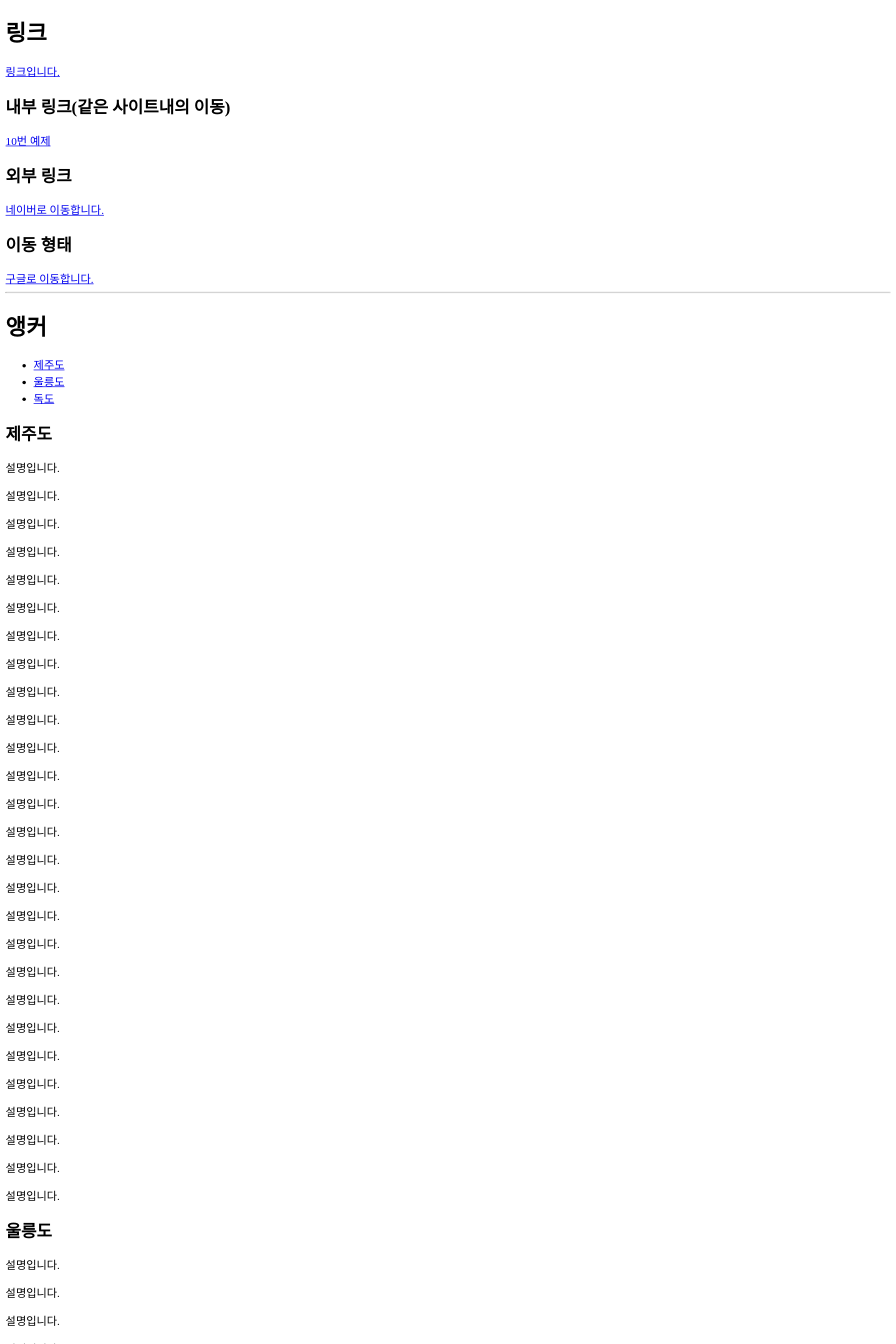
Repository: heoSuKyeong/client_Ssanyong
Page: ClientTest/src/main/webapp/html/ex11_link.html
These files come from the project's save history. The page is drawn as it stood at one moment and after the next save; the edit follows.
The browser window is 1280 px wide. The pictures show the part of the page from y = 0 to 1920 px (the page is 4055 px tall before and 3912 px after), at 70% of full size.

Above is the page before, as saved 2023-09-20 06:18:13.

### ClientTest/src/main/webapp/html/ex11_link.html
<!DOCTYPE html>
<html>
<head>
<meta charset="UTF-8">
<title>Insert title here</title>
</head>
<body>

	<h1>링크</h1>

	<a href="ex10_list.html">링크입니다.</a>

	<h2>내부 링크(같은 사이트내의 이동)</h2>
	<a href="ex10_list.html">10번 예제</a>

	<h2>외부 링크</h2>
	<a href="https://naver.com">네이버로 이동합니다.</a>

	<h2>이동 형태</h2>
<!-- 	새창에서 열기 -->
	<a href="https://google.com" target="_blank">구글로 이동합니다.</a>
<!--
주의
url에 https:// 또는 http://가 포함되어 있어야 한다.


 -->


 	<hr>

 	<h1><a name="#title">앵커</a></h1>

 	<ul>

 		<li><a href="#a1">제주도</a></li>
 		<li><a href="#a2">울릉도</a></li>
 		<li><a href="#a3">독도</a></li>

 	</ul>

 	<h2><a name="a1">제주도</a></h2>
	<p>설명입니다.</p><p>설명입니다.</p><p>설명입니다.</p><p>설명입니다.</p><p>설명입니다.</p><p>설명입니다.</p><p>설명입니다.</p><p>설명입니다.</p><p>설명입니다.</p>
	<p>설명입니다.</p><p>설명입니다.</p><p>설명입니다.</p><p>설명입니다.</p><p>설명입니다.</p><p>설명입니다.</p><p>설명입니다.</p><p>설명입니다.</p><p>설명입니다.</p>
	<p>설명입니다.</p><p>설명입니다.</p><p>설명입니다.</p><p>설명입니다.</p><p>설명입니다.</p><p>설명입니다.</p><p>설명입니다.</p><p>설명입니다.</p><p>설명입니다.</p>


 	<h2><a name="a2">울릉도</a></h2>
	<p>설명입니다.</p><p>설명입니다.</p><p>설명입니다.</p><p>설명입니다.</p><p>설명입니다.</p><p>설명입니다.</p><p>설명입니다.</p><p>설명입니다.</p><p>설명입니다.</p>
	<p>설명입니다.</p><p>설명입니다.</p><p>설명입니다.</p><p>설명입니다.</p><p>설명입니다.</p><p>설명입니다.</p><p>설명입니다.</p><p>설명입니다.</p><p>설명입니다.</p>
	<p>설명입니다.</p><p>설명입니다.</p><p>설명입니다.</p><p>설명입니다.</p><p>설명입니다.</p><p>설명입니다.</p><p>설명입니다.</p><p>설명입니다.</p><p>설명입니다.</p>


 	<h2><a name="a3">독도</a></h2>
	<p>설명입니다.</p><p>설명입니다.</p><p>설명입니다.</p><p>설명입니다.</p><p>설명입니다.</p><p>설명입니다.</p><p>설명입니다.</p><p>설명입니다.</p><p>설명입니다.</p>
	<p>설명입니다.</p><p>설명입니다.</p><p>설명입니다.</p><p>설명입니다.</p><p>설명입니다.</p><p>설명입니다.</p><p>설명입니다.</p><p>설명입니다.</p><p>설명입니다.</p>
	<p>설명입니다.</p><p>설명입니다.</p><p>설명입니다.</p><p>설명입니다.</p><p>설명입니다.</p><p>설명입니다.</p><p>설명입니다.</p><p>설명입니다.</p><p>설명입니다.</p>

	<hr>

	<a href="#title">맨위로</a>

</body>
</html>

<!--

링크, Link
<a>, anchor(닻), link
href가 있으면 링크라고 부른다.

링크 속성
a.href : 클릭하면 이동할 URL . reference a hyperlink
a.target : 열거형. _self|_blank|_parent|_top|프레임명

_self
내부 링크용으로 사용한다.
현재 창에서 페이지가 이동된다.

_blank
외부 링크용으로 사용한다.
새 창에서 페이지가 열린다.


앵커
문서내 이동시에 사용한다.
스크롤 이동이 된다.
href가 없으면 앵커라고 부른다.
다른 링크와 구분하기 위해 #를 붙인다
 -->

After the next save:
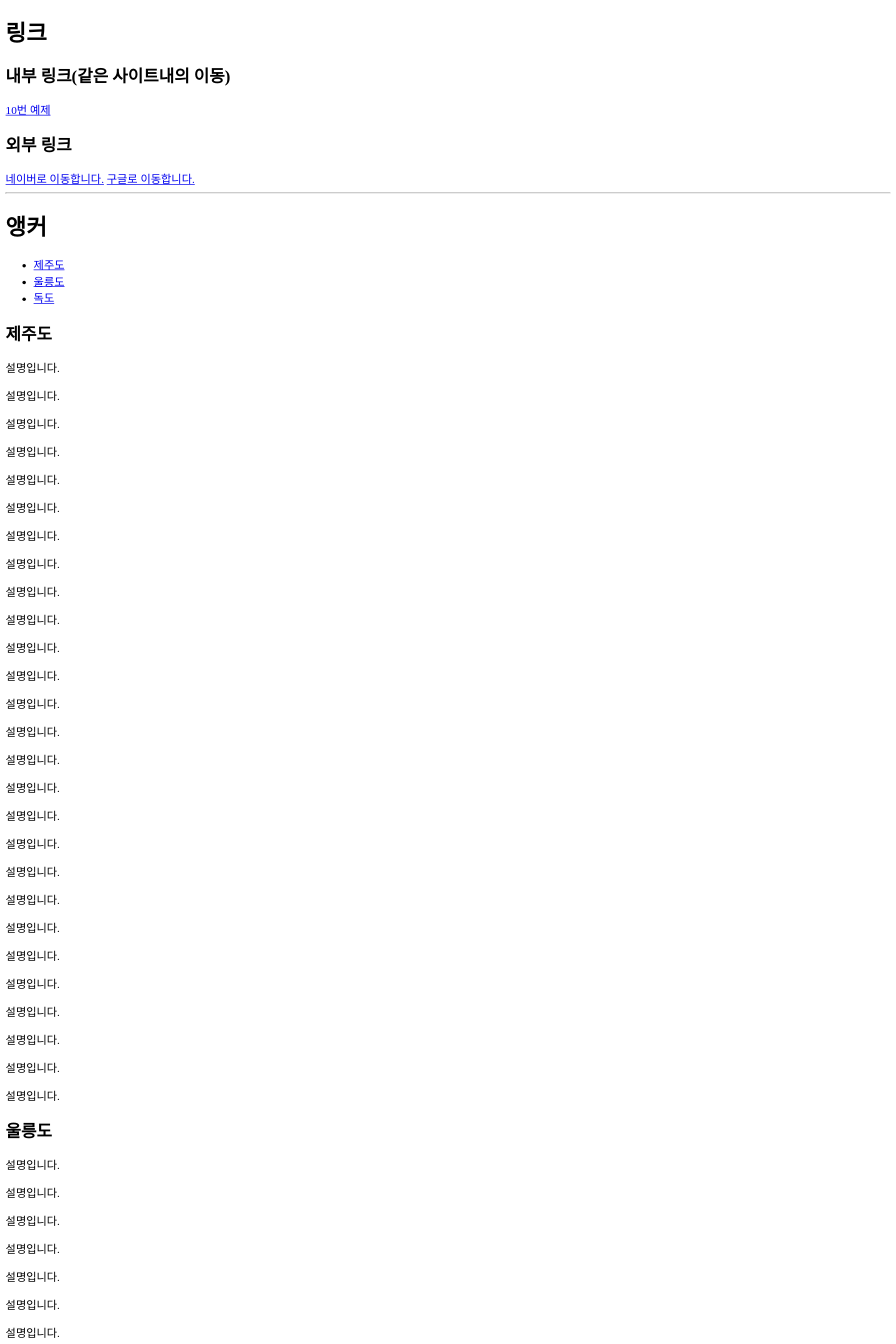
Saved 3 s later.
--- a/ClientTest/src/main/webapp/html/ex11_link.html
+++ b/ClientTest/src/main/webapp/html/ex11_link.html
@@ -6,9 +6,8 @@
 </head>
 <body>
 
+	<!-- 주의! url에 https:// 또는 http://가 포함되어 있어야 한다. -->
 	<h1>링크</h1>
-
-	<a href="ex10_list.html">링크입니다.</a>
 
 	<h2>내부 링크(같은 사이트내의 이동)</h2>
 	<a href="ex10_list.html">10번 예제</a>
@@ -16,15 +15,7 @@
 	<h2>외부 링크</h2>
 	<a href="https://naver.com">네이버로 이동합니다.</a>
 
-	<h2>이동 형태</h2>
-<!-- 	새창에서 열기 -->
 	<a href="https://google.com" target="_blank">구글로 이동합니다.</a>
-<!--
-주의
-url에 https:// 또는 http://가 포함되어 있어야 한다.
-
-
- -->
 
 
  	<hr>
